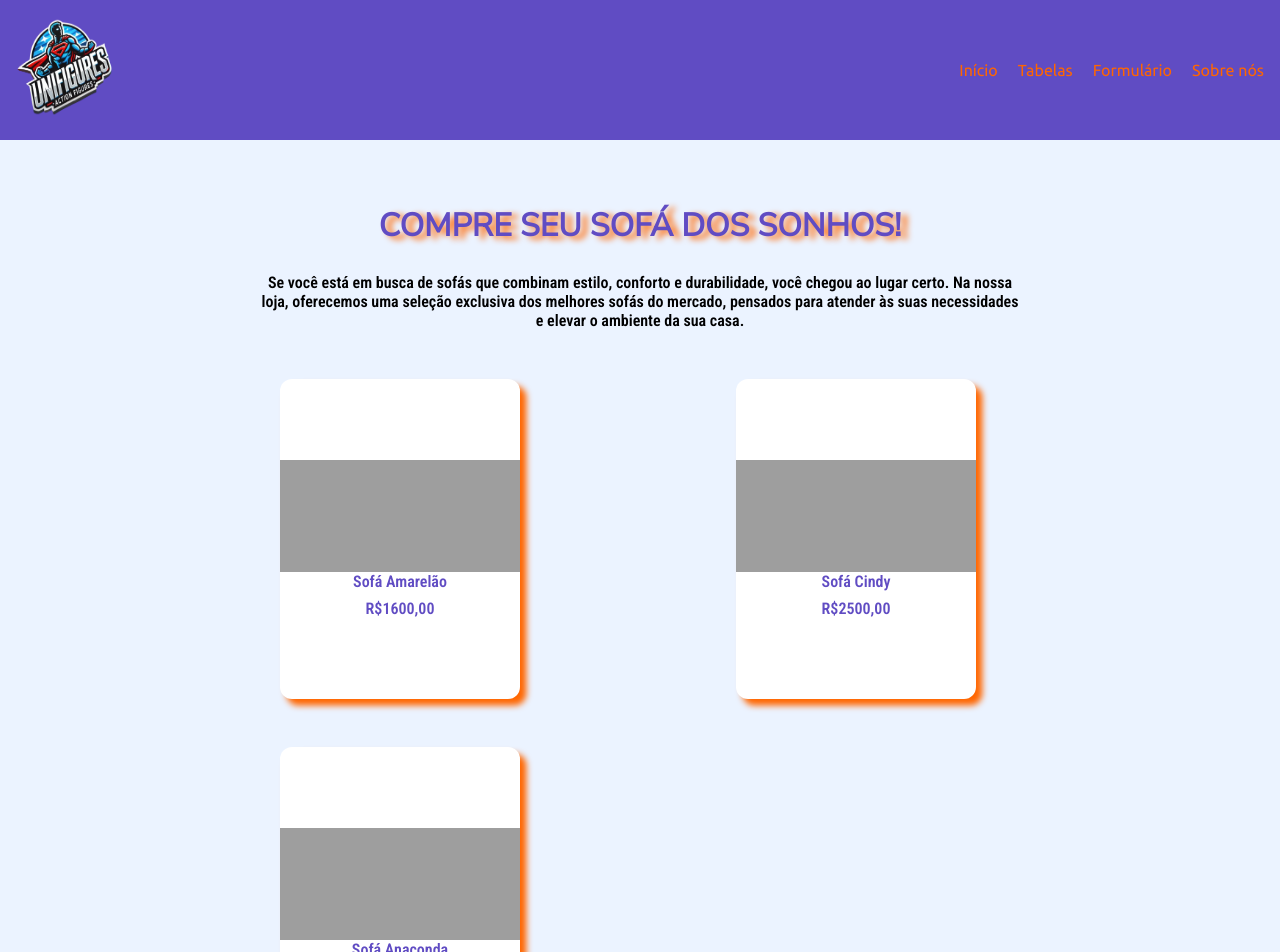
Repository: rafaelhaltarribaFacul/projeto-site
Page: home.html
An editor plug-in stored every save of this project. The page is shown before and after the next save, followed by the edit.
The browser window is 1280 px wide. The pictures show the part of the page from y = 0 to 952 px (the page is 1788 px tall).
Pictures or frames that could not be fetched are drawn as grey boxes. A picture or video elsewhere on the page could not be fetched, so the positions and the page height are approximate. Some web fonts or font styles are not loaded; a fallback is used.

Above is the page before, as saved 2024-09-19 20:29:05.

### home.html
<!DOCTYPE html>
<html lang="en">
  <head>
    <meta charset="UTF-8" />
    <meta name="viewport" content="width=device-width, initial-scale=1.0" />
    <link rel="stylesheet" href="css/home.css" />
    <title>UniFigures - A loja especialista em action figures!</title>
  </head>

  <body>
    <header class="cabecalho">
      <div class="cabecalho__logo">
        <a href="./home.html" class="link-logo" aria-label="Ir para a página inicial"><img src="assets/logo.png" alt=""></a>
      </div>
      <nav class="cabecalho__menu">
        <a class="menu" href="./home.html" aria-label="Ir para a página inicial">Início</a>
        <a class="menu" href="./produtos.html" aria-label="Ver tabelas de produtos">Tabelas</a>
        <a class="menu" href="./cadastro.html" aria-label="Ir para o formulário de contato">Formulário</a>
        <a class="menu" href="./sobre.html" aria-current="page" aria-label="Página atual: Sobre nós">Sobre nós</a>
      </nav>
    </header>

    <main>
      <div class="C-titulo">
        <div class="titulo">
          <h1>COMPRE SEU SOFÁ DOS SONHOS!</h1>
        </div>
        <p>
          Se você está em busca de sofás que combinam estilo, conforto e
          durabilidade, você chegou ao lugar certo. Na nossa loja, oferecemos uma
          seleção exclusiva dos melhores sofás do mercado, pensados para atender
          às suas necessidades e elevar o ambiente da sua casa.
        </p>
      </div>

      <div class="cart-items-container">
        <a href="produtos.html" aria-label="Ver detalhes do Sofá Amarelão">
          <div class="cart-item">
            <span class="itens-sofa">
              <img src="./img/amarelao.webp" alt="sofa amarelo" />
              <div class="content">
                <h3>Sofá Amarelão</h3>
                <div class="price">R$1600,00</div>
              </div>
            </span>
          </div>
        </a>
        <a href="produtos.html">
          <div class="cart-item">
            <span class="itens-sofa">
              <img src="./img/cindy.webp" alt="sofa marrom" />
              <div class="content">
                <h3>Sofá Cindy</h3>
                <div class="price">R$2500,00</div>
              </div>
            </span>
          </div>
        </a>
        <a href="produtos.html">
          <div class="cart-item">
            <span class="itens-sofa">
              <img src="./img/sofa-anaconda.webp" alt="sofa branco" />
              <div class="content">
                <h3>Sofá Anaconda</h3>
                <div class="price">R$3210,00</div>
              </div>
            </span>
          </div>
        </a>
      </div>
    </main>

    <footer class="rodape">
      <p class="rodape__links">
        Acesse nossas páginas nas redes sociais:
        <br />
      </p>
      <section class="icones__links">
        <a href="https://www.instagram.com/" rel="noopener noreferrer" aria-label="Siga-nos no Instagram">
          <img src="./img/icone-instagram.png" alt="Logo instagram" />
        </a>
        <a href="https://www.whatsapp.com/" rel="noopener noreferrer" aria-label="Entre em contato conosco pelo WhatsApp">
          <img src="./img/icone-whastapp.png" alt="Logo whatsapp" />
        </a>
        <a href="https://www.facebook.com/" rel="noopener noreferrer" aria-label="Siga-nos no Facebook">
          <img src="./img/icone-facebook.png" alt="Logo facebook" />
        </a>
        <a href="https://www.linkedin.com/" rel="noopener noreferrer" aria-label="Conecte-se conosco no LinkedIn">
          <img src="./img/icone-linkedin.png" alt="Logo linkedin" />
        </a>
      </section>
      <p class="rodape__paragrafo">
        <br />Copyright &copy; 2024 UniSofa. Todos os direitos reservados.<br />
        Endereço: Rodovia, SC-401, 3730 - Saco Grande, Florianópolis - SC,
        88032-005
      </p>
    </footer>
  </body>
</html>

### css/home.css
@import url("https://fonts.googleapis.com/css2?family=New+Amsterdam&display=swap");
@import url("https://fonts.googleapis.com/css2?family=Ubuntu&display=swap");
@import url("https://fonts.googleapis.com/css2?family=Nunito+Sans:opsz@6..12&family=Ubuntu&display=swap");
@import url("https://fonts.googleapis.com/css2?family=Nunito+Sans:opsz@6..12&family=Roboto+Condensed:wght@600&family=Ubuntu&display=swap");

:root {
    --cor-pricipal: #604CC3;
    --cor-secundaria: #FF6600;
    --cor-terciaria: #99c2ff;
    --cor-quaternaria: #ebf3ff;
    --cor-quintenaria: #000001;


    --fonte-logo: "New Amsterdam", sans-serif;
    --fonte-principal: "Nunito Sans", sans-serif;
    --fonte-secundaria: "Roboto Condensed", sans-serif;
    --fonte-terciaria: "Ubuntu", sans-serif;

    font-size: 16px;
}

* {
    text-decoration: none;
    margin: 0;
    padding: 0;
    box-sizing: border-box;
}

body {
    background-color: var(--cor-quaternaria);
    color: var(--cor-quintenaria);
    font-family: var(--fonte-pricipal);
    margin: 0;
    padding: 0;
    min-height: 100vh;
    display: flex;
    flex-direction: column;
}

.cabecalho {
    display: flex;
    justify-content: space-between;
    align-items: center;
    padding: 1rem;
    flex-wrap: wrap;
    background-color: var(--cor-pricipal);
}

.cabecalho__logo {
    margin-bottom: 0.5rem;
}

.cabecalho__logo img {
    height: 100px;
    width: 100px;
    display: flex;
    flex-wrap: wrap;
    gap: 1rem;
}

.cabecalho__menu {
    display: flex;
    gap: 1rem;
    flex-wrap: wrap;
}

.link-logo {
    font-family: var(--fonte-logo);
    color: var(--cor-quaternaria);
    font-size: 3rem;
}

.cabecalho__menu {
    display: flex;
    gap: 1.25rem;
}

.menu {
    color: var(--cor-secundaria);
    font-family: var(--fonte-terciaria);
}

.rodape {
    background-color: var(--cor-pricipal);
    color: var(--cor-quaternaria);
    text-align: center;
    padding: 1rem;
    margin-top: auto;
}

.icones__links {
    display: inline;
}

.rodape__paragrafo {
    margin-top: -15px;
}

@media (max-width: 768px) {
    .cabecalho {
        flex-direction: column;
        align-items: flex-start;
        padding: 1rem;
    }

    .cabecalho__menu {
        flex-direction: column;
        gap: 0.5rem;
        margin-top: 1rem;
    }

    .cart-items-container {
        gap: 2rem 6rem;
        width: 80vw;
        padding: 16px;
    }

    .cart-items-container .cart-item {
        width: 12rem;
    }
}

.cart-items-container {
    display: grid;
    grid-template-columns: repeat(auto-fit, minmax(200px, 1fr));
    gap: 3rem 12rem;
    width: 60vw;
    margin: auto;
    margin-top: 16px;
    background-color: var(--cor-quaternaria);
    padding: 24px;
}

.cart-items-container .cart-item {
    display: flex;
    align-items: center;
    width: 15rem;
    background-color: white;
    box-shadow: var(--cor-secundaria) 0.4em 0.4em 0.4em;
    height: 20rem;
    border-radius: 12px;
}

.cart-items-container .cart-item .itens-sofa {
    display: flex;
    flex-direction: column;
    font-size: 2rem;
    cursor: pointer;
    text-align: center;
    width: 15rem;
}

.cart-items-container .cart-item .itens-sofa:hover {
    color: var(--cor-pricipal);
}

.cart-items-container .cart-item img {
    height: 7rem;
    width: 15rem;
}

.cart-items-container .cart-item .content h3 {
    font-size: 1rem;
    color: var(--cor-pricipal);
    font-family: var(--fonte-secundaria);
    padding-bottom: .5rem;
}

.cart-items-container .cart-item .content .price {
    font-size: 1rem;
    color: var(--cor-pricipal);
    font-family: var(--fonte-secundaria);
}

.titulo {
    font-family: var(--fonte-principal);
    text-align: center;
    color: var(--cor-pricipal);
    text-shadow: var(--cor-secundaria) 0.4em 0.2em 0.4em;
    margin-top: 5%;
    margin-bottom: 2%;
}

.C-titulo p {
    font-family: var(--fonte-secundaria);
    color: var(--cor-quintenaria);
    text-align: center;
    margin: auto;
    width: 60vw;
    margin-bottom: 2%;
}

@media screen and (max-width: 480px) {
    .cabecalho__menu {
        flex-direction: column;
        align-items: flex-start;
    }
}

After the next save:
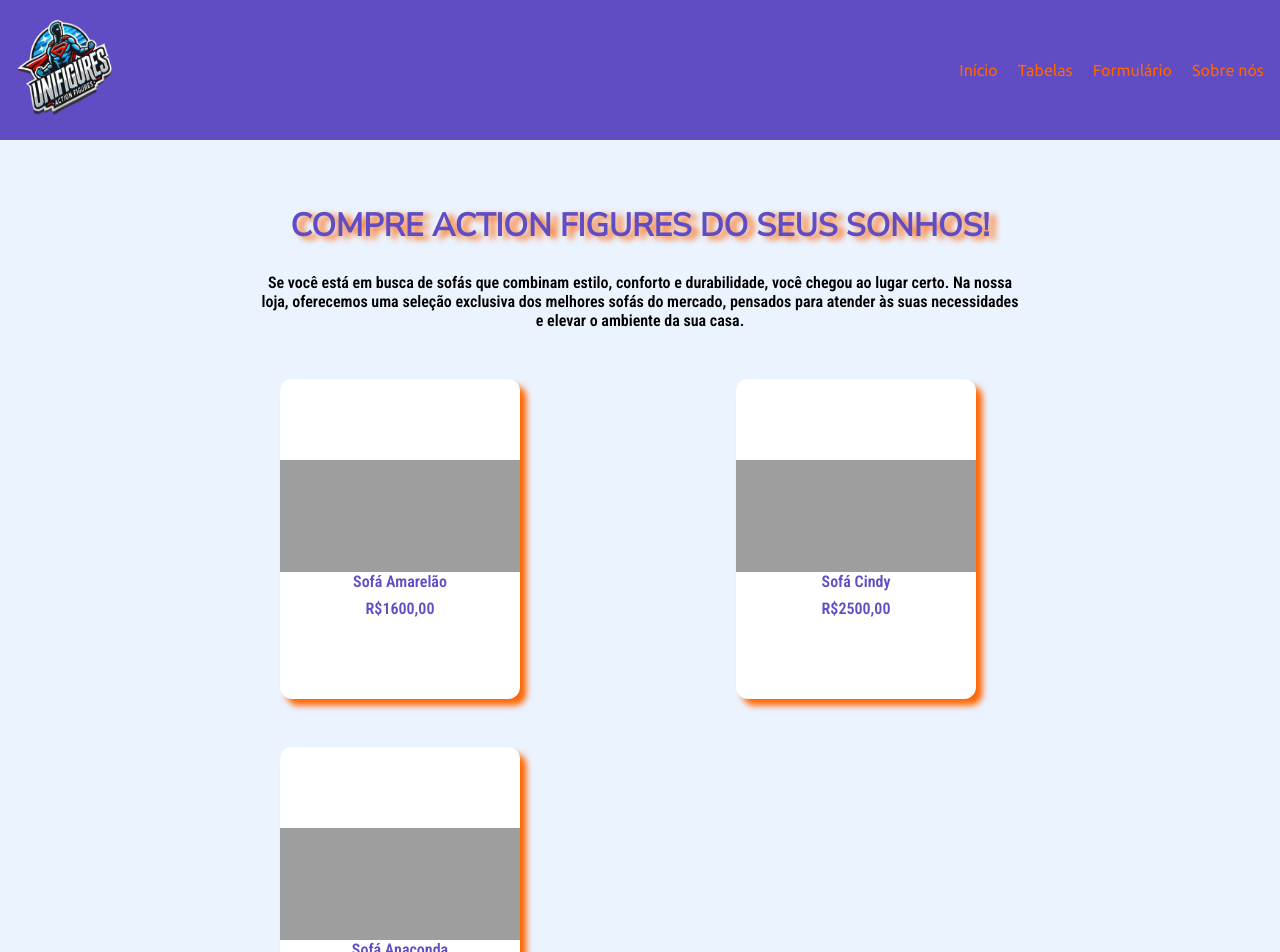
Saved 6 min 58 s later.
--- a/home.html
+++ b/home.html
@@ -23,7 +23,7 @@
     <main>
       <div class="C-titulo">
         <div class="titulo">
-          <h1>COMPRE SEU SOFÁ DOS SONHOS!</h1>
+          <h1>COMPRE ACTION FIGURES DO SEUS SONHOS!</h1>
         </div>
         <p>
           Se você está em busca de sofás que combinam estilo, conforto e
